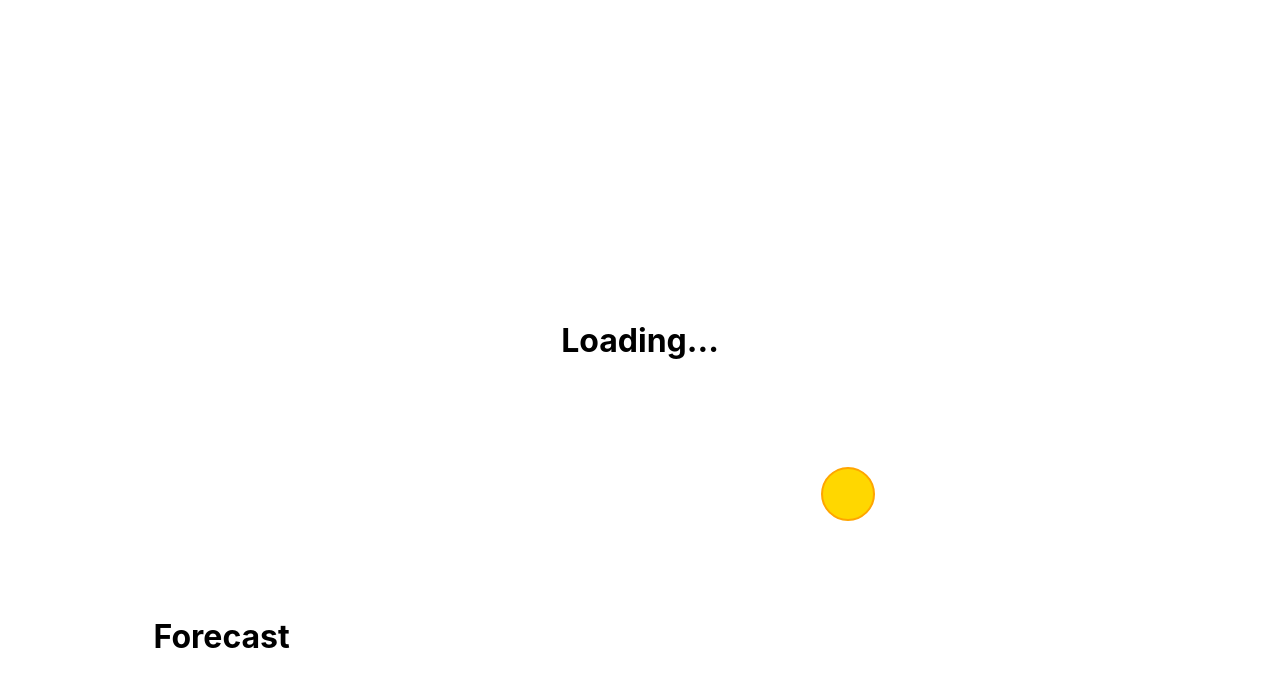
Repository: debthebuilder/bloom
Page: /
These files come from the project's save history. The page is drawn as it stood at one moment and after a run of saves; the edit follows.
The browser window is 1280 px wide. The pictures show the whole page.
The page's requests for data from a server got no answer. The project was rebuilt for these pictures with package versions that can differ from the ones it lists, and the page was loaded fresh each time. No one was signed in, and anything a server would have sent is missing. Also part of the build but not shown: src/components/Splash.js.

Above is the page before, as saved 2022-11-11 01:41:08.

### src/App.js
// import logo from './logo.svg';

import "./scss/app.scss";
import { Current , Forecast} from "./components/index"

function App() {
  return (
    <div className="app">
      <div className="weather-container">
        <Current />
        <Forecast />
      </div>
    </div>
  );
}

export default App;

### src/scss/app.scss
@use "colors"; @use "fonts";
@import url(_loading.scss);
@import url(_splash.scss);


* {
    margin: 0;
    padding: 0;
    box-sizing: border-box;
}

body {
    background-color: colors.$white;
    color: colors.$black;
}

.app {
    width: 100%;
    height: 100vh;
    display: flex;
    flex-direction: column;
    justify-content: center;
    align-items: center;
}

.weather-container {
    width: 80%;
    height: 100%;
    padding: 5% 2%;
    display: flex;
    flex-direction: column;
}
.date-location {
    display: flex;
    flex-direction: column;
    align-items: center;
}
.location-icon {
    margin-right: 10px;
}
.date {
    color: colors.$black;
    font-weight: fonts.$semibold;
    margin: 10px 0;
}

.conditions {
    display: flex;
    flex-direction: column;
    align-items: center;
    text-align: center;
}
.temperature {
    font-weight: fonts.$bold;
    color: colors.$black;
    position: relative;
}
.temp-value {
    font-size: fonts.$xxl;
}
.temp-unit {
    position: absolute;
    top: 20px;
}
.weather {
    display: inline-block;
    letter-spacing: fonts.$ls;
    text-transform: fonts.$uCase;
    margin-bottom: 90px;
    font: {
        weight: fonts.$semibold;

    }
}

.weather-icon {
    width: 150px;
}
.weather-icon img {
    width: 100%;
}

### src/components/index.js
export { Current } from "./Current";
export { Forecast } from "./Forecast";
export { Loading } from "./Loading";
export { Splash }  from "./Splash";

### src/scss/_fonts.scss
$bold: 800;
$semibold: 600;
$normal: 500;
$light: 300;
$lg: 36px;
$xl: 56px;
$xxl: 64px;
$ls: 0.2rem;
$uCase: uppercase;
$caps: capitalize;

### src/scss/_loading.scss
.coin {
    position: absolute;
    width: 30px;
    height: 30px;
    border-radius: 50%;
    background: transparent;
    top: 70%;
    left: 50%;
    animation: arc 2s forwards;
    margin: 8px 0 0;
  }

  .coin:before {
    content: '';
    background: gold;
    position: absolute;
    border-radius: 50px;
    border: 2px solid orange;
    box-shadow: -1px -1px 1px 1px rgba(255,255,255,0.5);
    left: -220px;
    top: 6px;
    width: 50px;
    height: 50px;
  }
@keyframes arc {
    0%{
      transform: translate(-50%, -50%) rotate(0deg);
    }
    100%{
      transform: translate(-50%, -50%) rotate(180deg);
    }
  }

### src/scss/_splash.scss
.weather-map {
    display: grid;
    width: 100%;
    height: 100vh;
    grid-template-columns: 1fr 1fr;
    position: relative;
    background-color: black;
    gap: 10px 20px;
    color: white;
    padding: 10px;
}

.sunshine {
    background-image: linear-gradient(yellow, orange);
}


.appTitle {
    font: {
        size: 6rem;
    }
}

### src/components/Current.js
import axios from "axios";
import { useEffect, useState } from "react";

import { Loading } from "./Loading";
import sunny from "../assets/sunny.png";

export const Current = () => {
    const [currentWeather, setCurrentWeather] = useState([]);

    useEffect(() => {
        axios.request("https://weatherapi-com.p.rapidapi.com/current.json", {
            params: {q: 'Enugu'},
            headers: {
              'X-RapidAPI-Key': 'e3baab7e8emshfb5f98ba13f046cp14693djsn63347419cbf2',
              'X-RapidAPI-Host': 'weatherapi-com.p.rapidapi.com'
            }
        }).then(response => {
            console.log(response.data);
            if(response) {
                setCurrentWeather(currentWeather => {
                    return {...currentWeather, ...response.data}
                });
            }
        })
    }, [setCurrentWeather]);

    // const weatherTexts = {
    //     patchy: "Patchy rain possible",
    //     pathchyIcon: "//cdn.weatherapi.com/weather/64x64/night/176.png",
    // }

    // const getIcon = () => {
    //     switch(text) {
    //         case: "Patchy rain possible"

    //     }
    // }
    return(
        <>
            {currentWeather.length !== 0 ?
            <div className="current">
                <div className="date-location">
                    <span className="location"><span className="location-icon"><i className="fa-solid fa-map-pin"></i></span>{currentWeather.location.name}, {currentWeather.location.country}</span>
                    <span className="date">{currentWeather.location.localtime}</span>
                </div>
                <div className="conditions">
                    <div className="weather-icon">
                        <img src={currentWeather.current.condition.icon} alt={"Sunny"} />
                    </div>
                    <div className="temperature">
                        <span className="temp-value">{currentWeather.current.feelslike_c}</span>
                        <span className="temp-unit"><sup>o</sup>C</span>
                    </div>
                    <span className="weather">{currentWeather.current.condition.text}</span>
                </div>

            </div>
            : <Loading />
            }
        </>

    )
}

### src/components/Forecast.js
export const Forecast = () => {
    return(
        <div>
            <h1>Forecast</h1>
        </div>
    )
}

### src/components/Loading.js
export const Loading = () => {
    return(
        <div className="app">
            <h1 className="loading">Loading...</h1>
            <div class="arc">
            <div class="coin">
            </div>
            </div>

        </div>
    )
}

Loaded but not shown: public/index.html (common file); src/index.js (common file); src/index.css (common file); src/reportWebVitals.js (common file); src/scss/_colors.scss (common file)

After the next 2 saves:
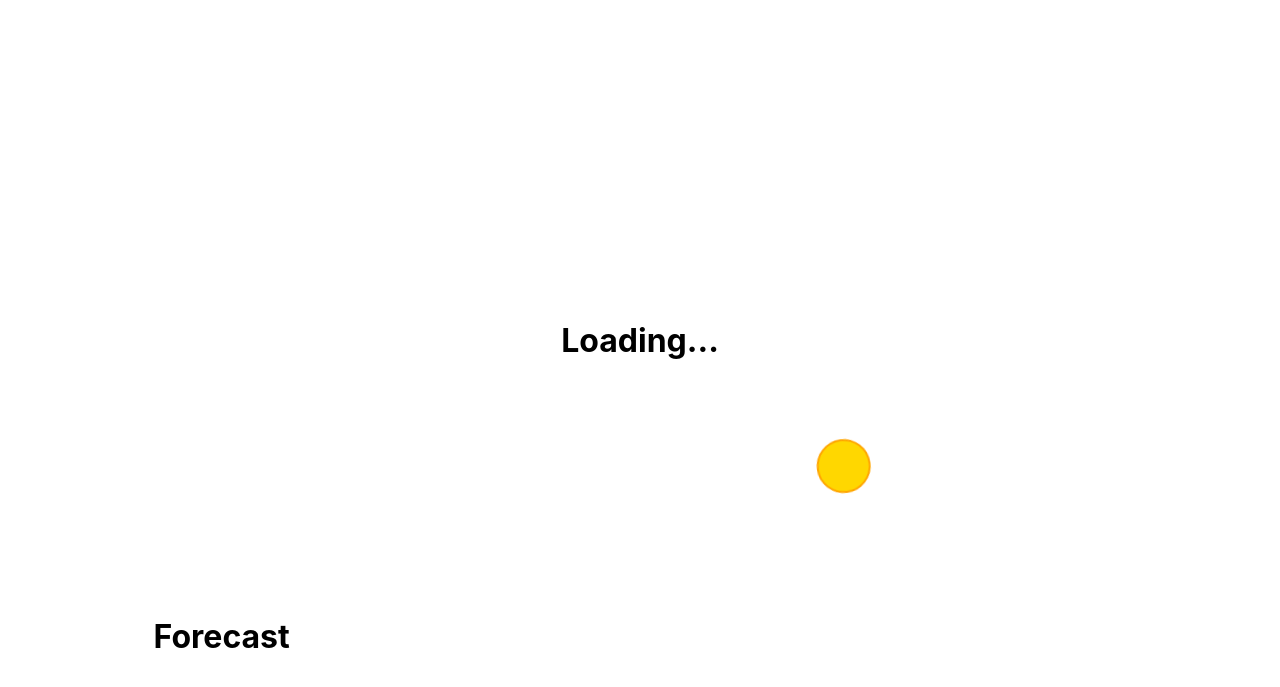
The 2 saves are shown as one change because they came seconds apart.
The last was saved 8 h 36 min later.
--- a/src/scss/_loading.scss
+++ b/src/scss/_loading.scss
@@ -6,7 +6,7 @@
     background: transparent;
     top: 70%;
     left: 50%;
-    animation: arc 2s forwards;
+    animation: arc 2s forwards infinite;
     margin: 8px 0 0;
   }
 
